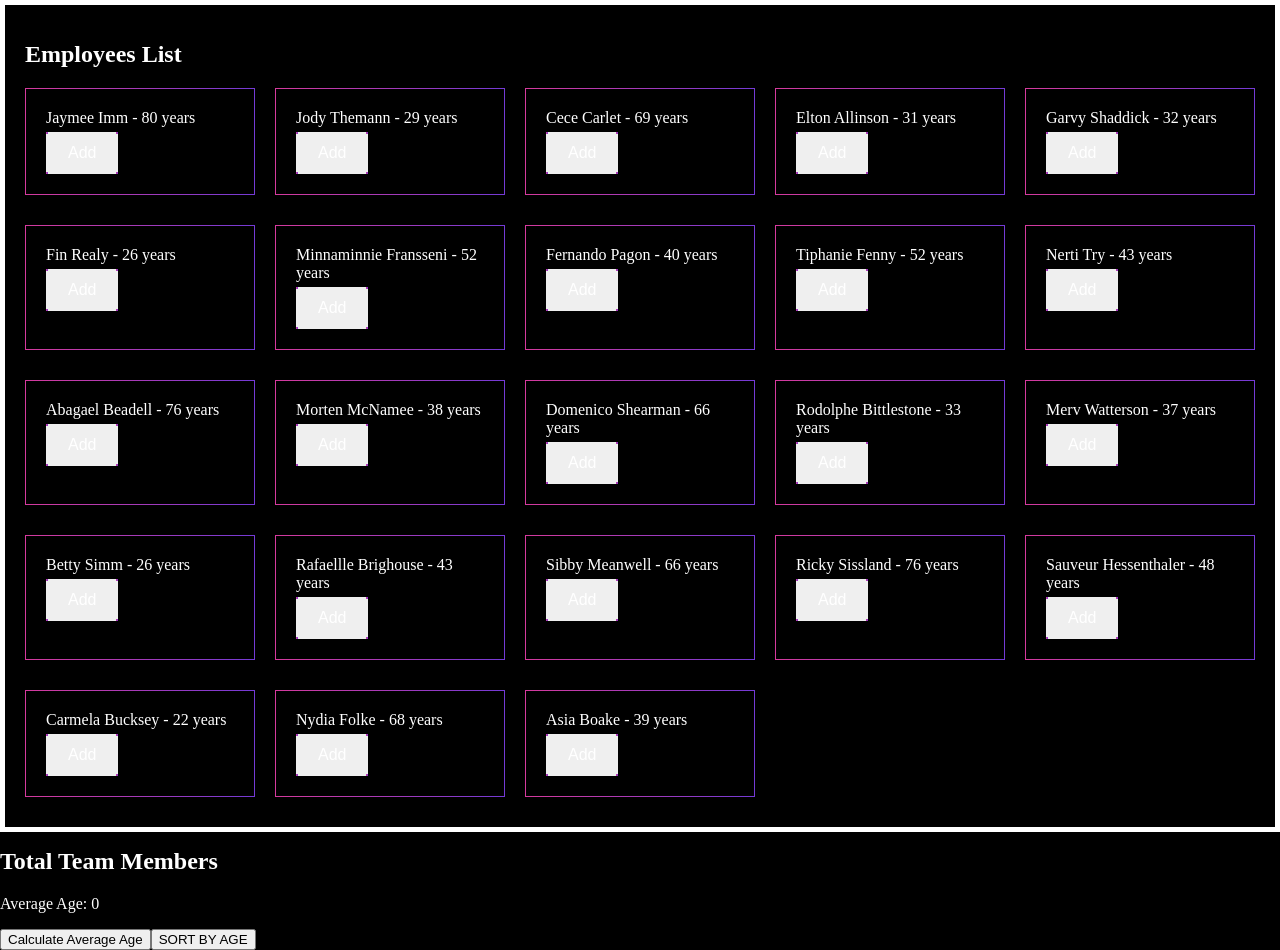
Repository: sriram1224/Teams-list
Page: /
The author's editor kept a copy of each file at every save. The page is drawn from the files as they stood at one save, then again after a run of saves.
The browser window is 1280 px wide. The pictures show the whole page.
The project was rebuilt for these pictures with package versions that can differ from the ones it lists, and the page was loaded fresh each time.

Above is the page before, as saved 2024-03-27 00:09:02.

After the next 2 saves:
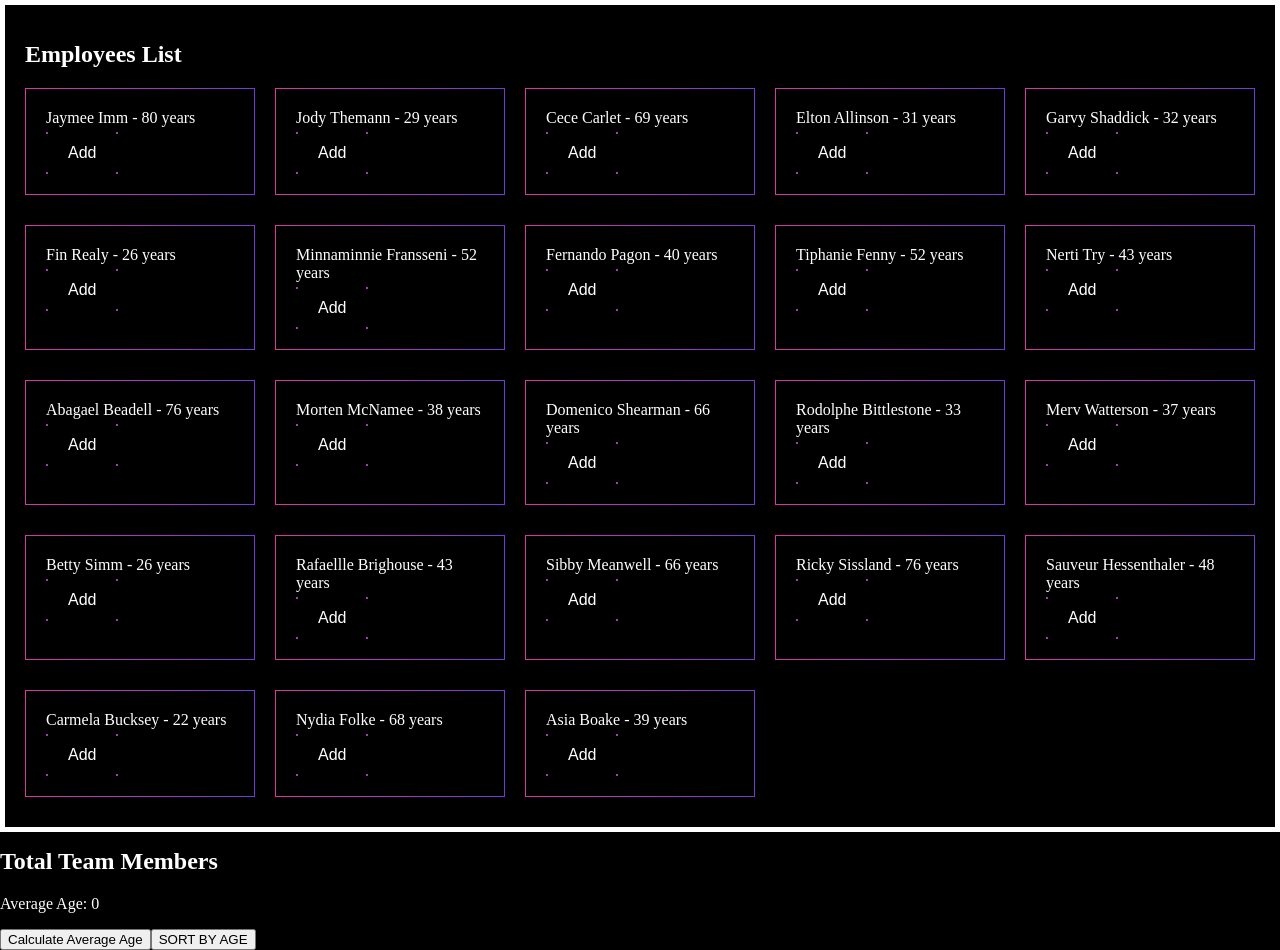
The 2 saves are shown as one change because they came seconds apart.
The last was saved 25 s later.
--- a/src/list.css
+++ b/src/list.css
@@ -32,6 +32,7 @@
 .add-button {
 
     /* Green */
+    background-color:transparent;
     border: 2px solid;
     color: white;
     padding: 10px 20px;

After the 3 saves that followed:
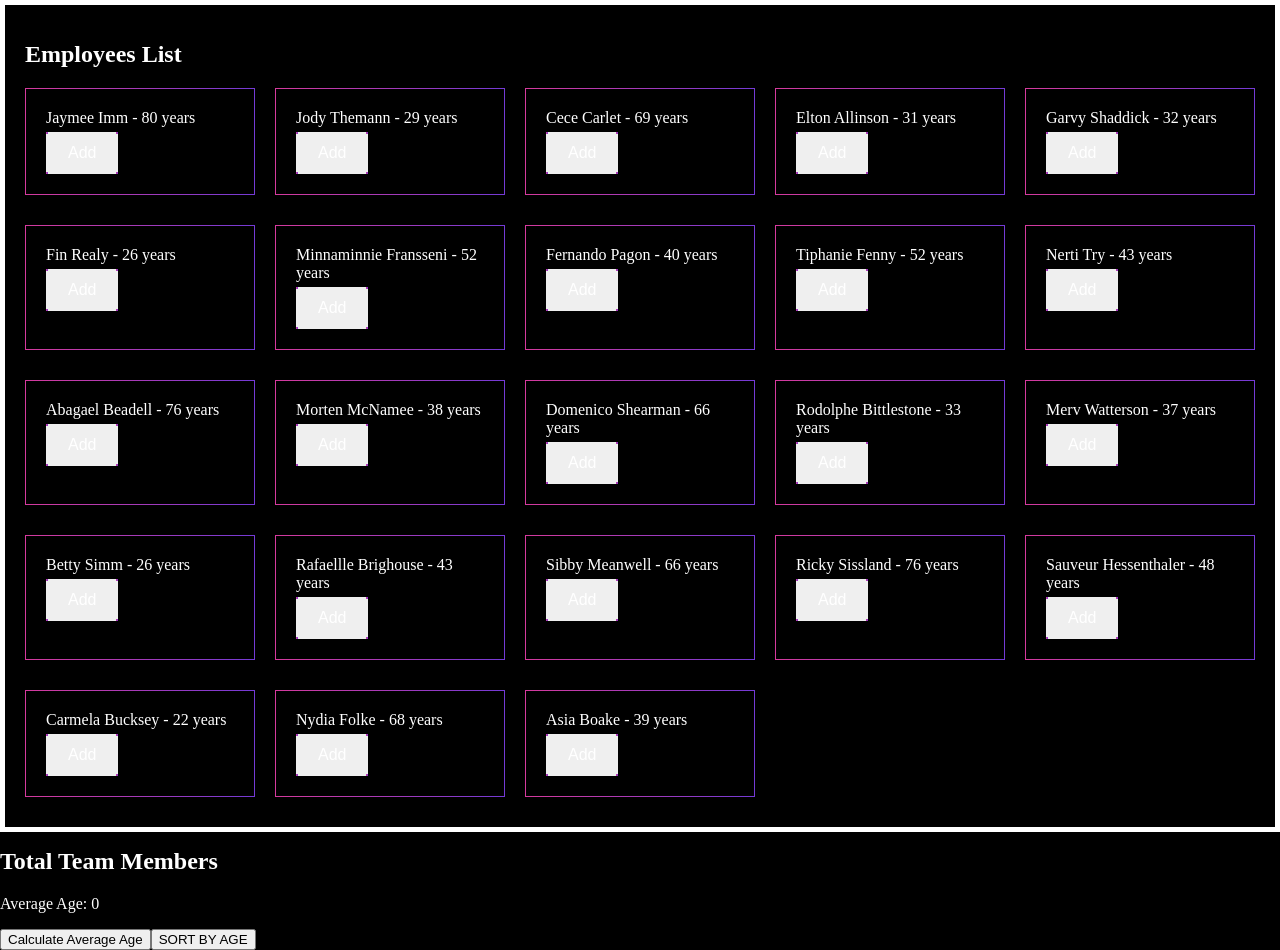
The 3 saves are shown as one change because 2 left the picture as it was.
The last was saved 48 s later.
--- a/src/list.css
+++ b/src/list.css
@@ -32,7 +32,10 @@
 .add-button {
 
     /* Green */
-    background-color:transparent;
+    background-color:none;
+
+        border-image-slice: 1;
+
     border: 2px solid;
     color: white;
     padding: 10px 20px;
